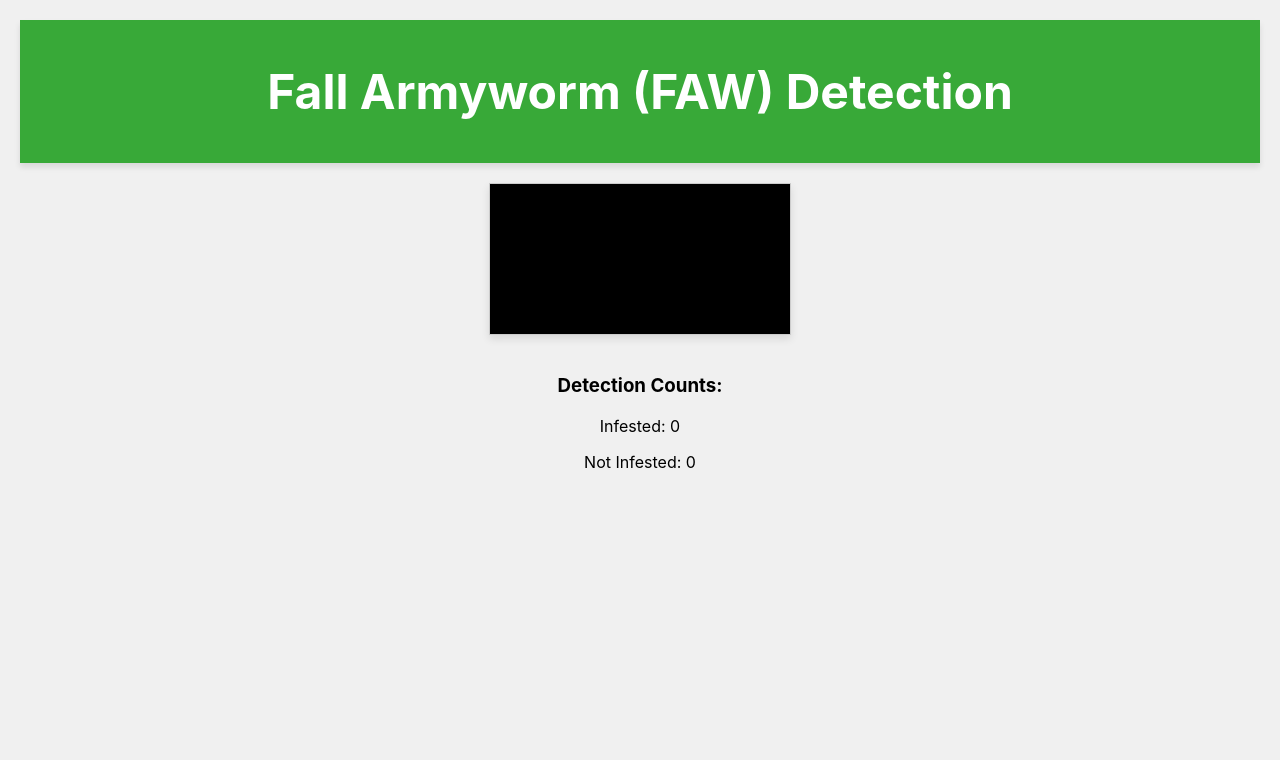
Repository: jansen223/faw-detection-main
Page: /
The author's editor kept a copy of each file at every save. The page is drawn from the files as they stood at one save, then again after the next save.
The browser window is 1280 px wide. The pictures show the whole page.
The page's requests for data from a server got no answer. The project was rebuilt for these pictures with package versions that can differ from the ones it lists, and the page was loaded fresh each time. No one was signed in, and anything a server would have sent is missing.

Above is the page before, as saved 2025-04-09 23:43:57.

After the next save:
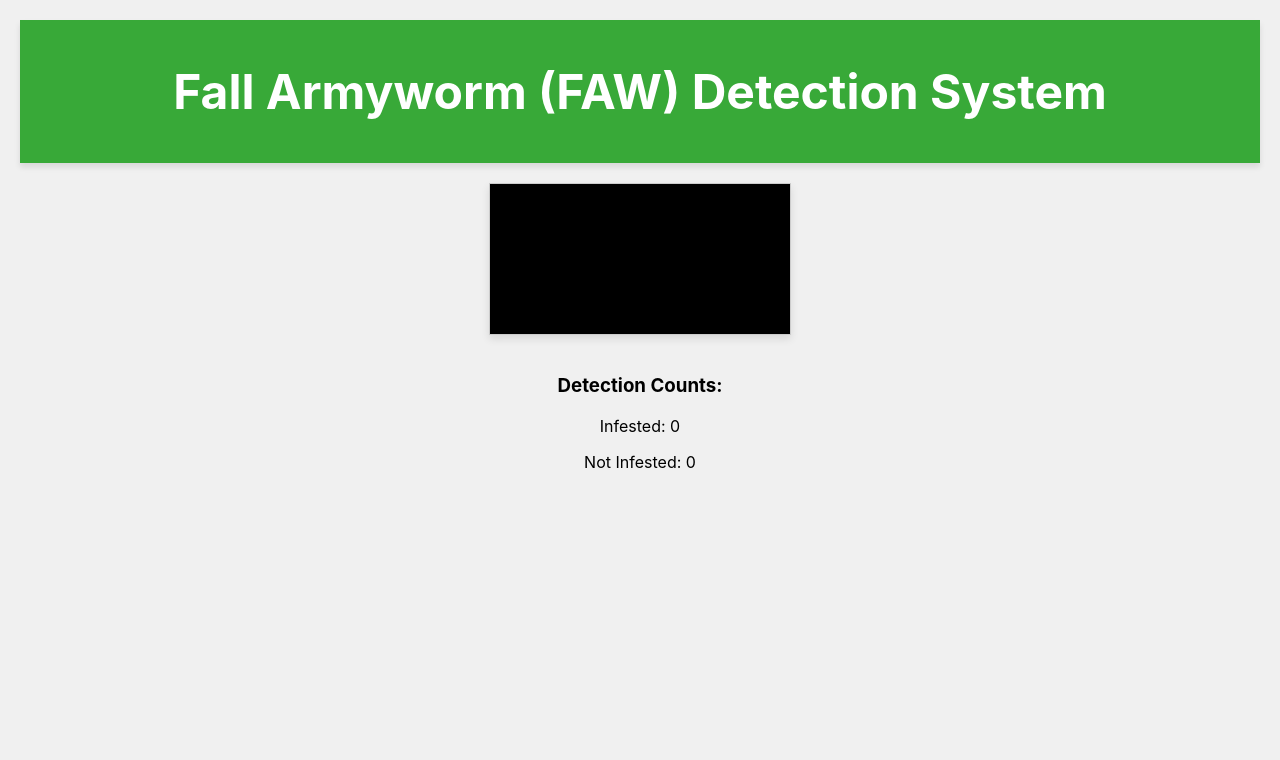
Saved 12 s later.
--- a/src/App.js
+++ b/src/App.js
@@ -46,7 +46,7 @@ function App() {
   return (
     <div className="App">
       <header className="App-header">
-        <h1>Fall Armyworm (FAW) Detection</h1>
+        <h1>Fall Armyworm (FAW) Detection System</h1>
       </header>
       <canvas ref={canvasRef} style={{ maxWidth: '100%', border: '1px solid #ccc' }} />
       <div style={{ marginTop: 20 }}>
